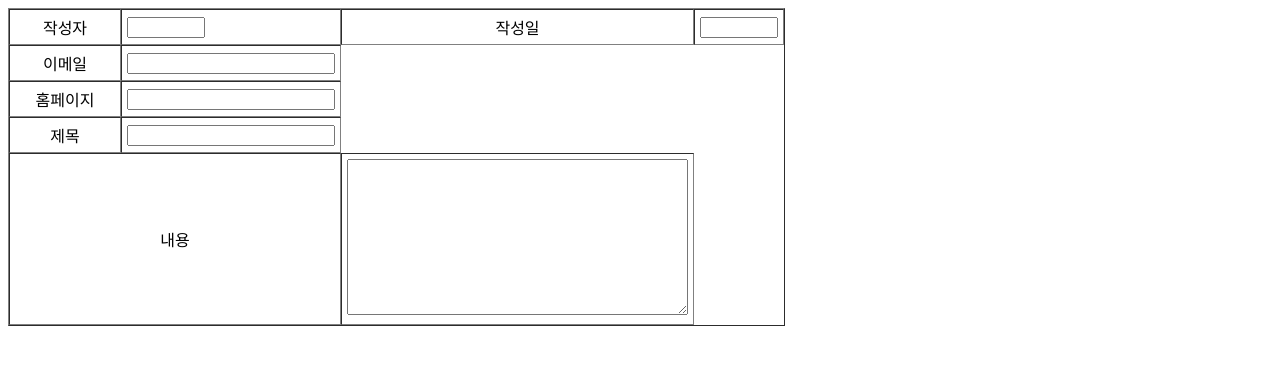
Repository: kimsuel/java-ee-practice
Page: guestbookservlet/WebContent/guestbook/guestbookList.html
The author's editor kept a copy of each file at every save. The page is drawn from the files as they stood at one save, then again after the next save.
The browser window is 1280 px wide. The pictures show the whole page.

Above is the page before, as saved 2018-06-20 07:41:06.

### guestbookservlet/WebContent/guestbook/guestbookList.html
<!DOCTYPE html>
<html>
<head>
<meta charset="UTF-8">
<title>글 목록</title>
</head>
<body>
	<table border="1" cellpadding="5" cellspacing="0">
			<tr>
				<td width="100" align="center">작성자</td>
				<td><input type="text" name="email" style="width:70px"></td>
				<td width="70" align="center">작성일</td>
				<td><input type="text" name="email" style="width:70px"></td>
			</tr>
			<tr>
				<td align="center">이메일</td>
				<td><input type="text" name="email" style="width:200px"></td>
			</tr>
			<tr>
				<td align="center">홈페이지</td>
				<td><input type="text" name="homepage" style="width: 200px"></td>
			</tr>
			<tr>
				<td align="center">제목</td>
				<td><input type="text" name="subject" style="width: 200px"></td>
			</tr>
			<tr>
				<td colspan="2"  align="center">내용</td>
				<td><textarea cols="40" rows="10" name="content"></textarea></td>
			</tr>
		</table>
	</body>
</html>

After the next save:
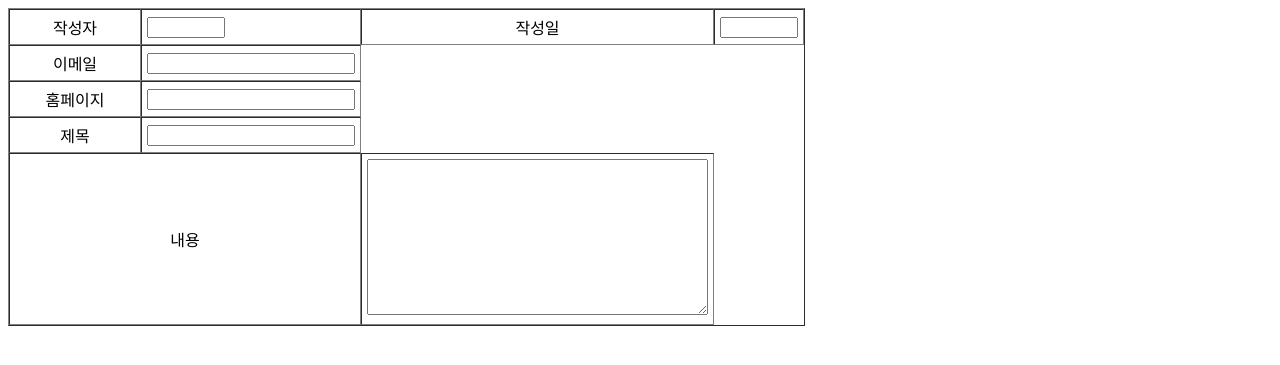
Saved 10 s later.
--- a/guestbookservlet/WebContent/guestbook/guestbookList.html
+++ b/guestbookservlet/WebContent/guestbook/guestbookList.html
@@ -7,9 +7,9 @@
 <body>
 	<table border="1" cellpadding="5" cellspacing="0">
 			<tr>
-				<td width="100" align="center">작성자</td>
+				<td width="120" align="center">작성자</td>
 				<td><input type="text" name="email" style="width:70px"></td>
-				<td width="70" align="center">작성일</td>
+				<td width="120" align="center">작성일</td>
 				<td><input type="text" name="email" style="width:70px"></td>
 			</tr>
 			<tr>
